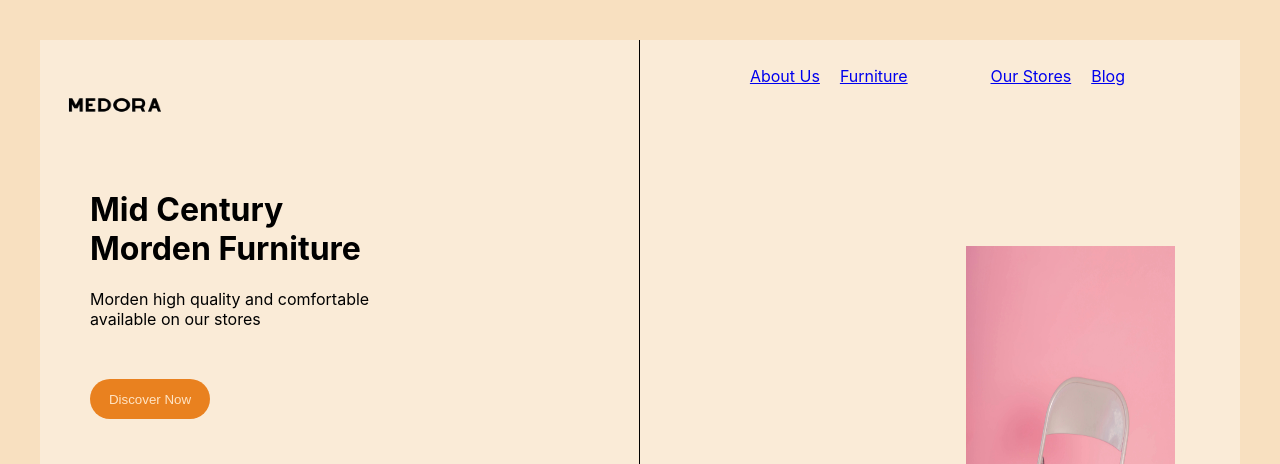
Repository: SbuKhoza/medora
Page: /
An editor plug-in stored every save of this project. The page is shown before and after a run of saves, followed by the edit.
The browser window is 1280 px wide. The pictures show the part of the page from y = 0 to 464 px (the page is 1010 px tall).
Pictures or frames that could not be fetched are drawn as grey boxes. The project was rebuilt for these pictures with package versions that can differ from the ones it lists, and the page was loaded fresh each time.

Above is the page before, as saved 2024-07-12 08:41:30.

After the next 2 saves:
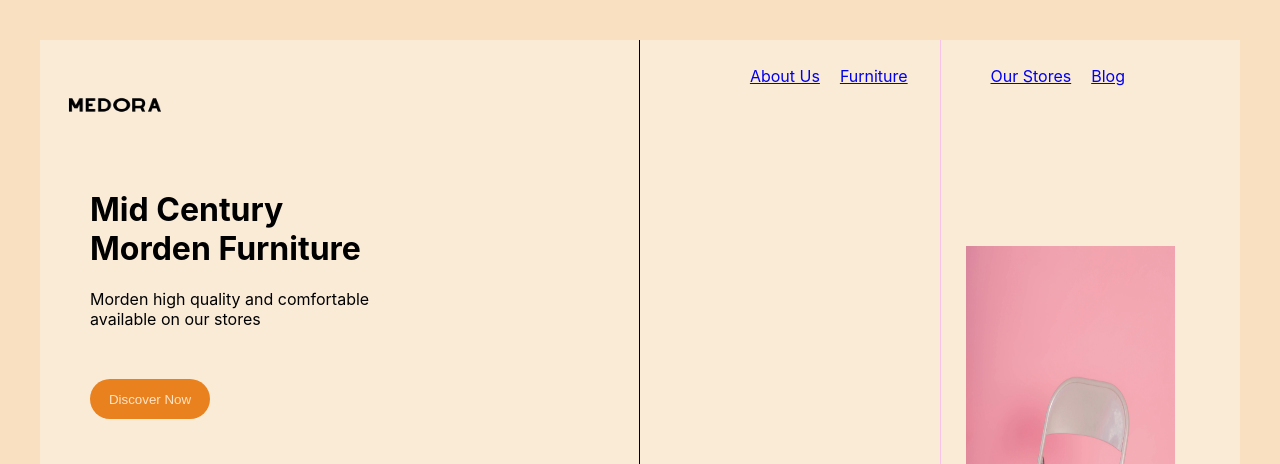
The 2 saves are shown as one change because they came seconds apart.
The last was saved 21 s later.
--- a/src/App.css
+++ b/src/App.css
@@ -55,7 +55,7 @@ body {
   height: 100vh;
   width: 25%;
   border-right: 0.5px solid;
-  border-color: antiquewhite;
+  border-color: rgb(250, 193, 233);
 
 }
 
